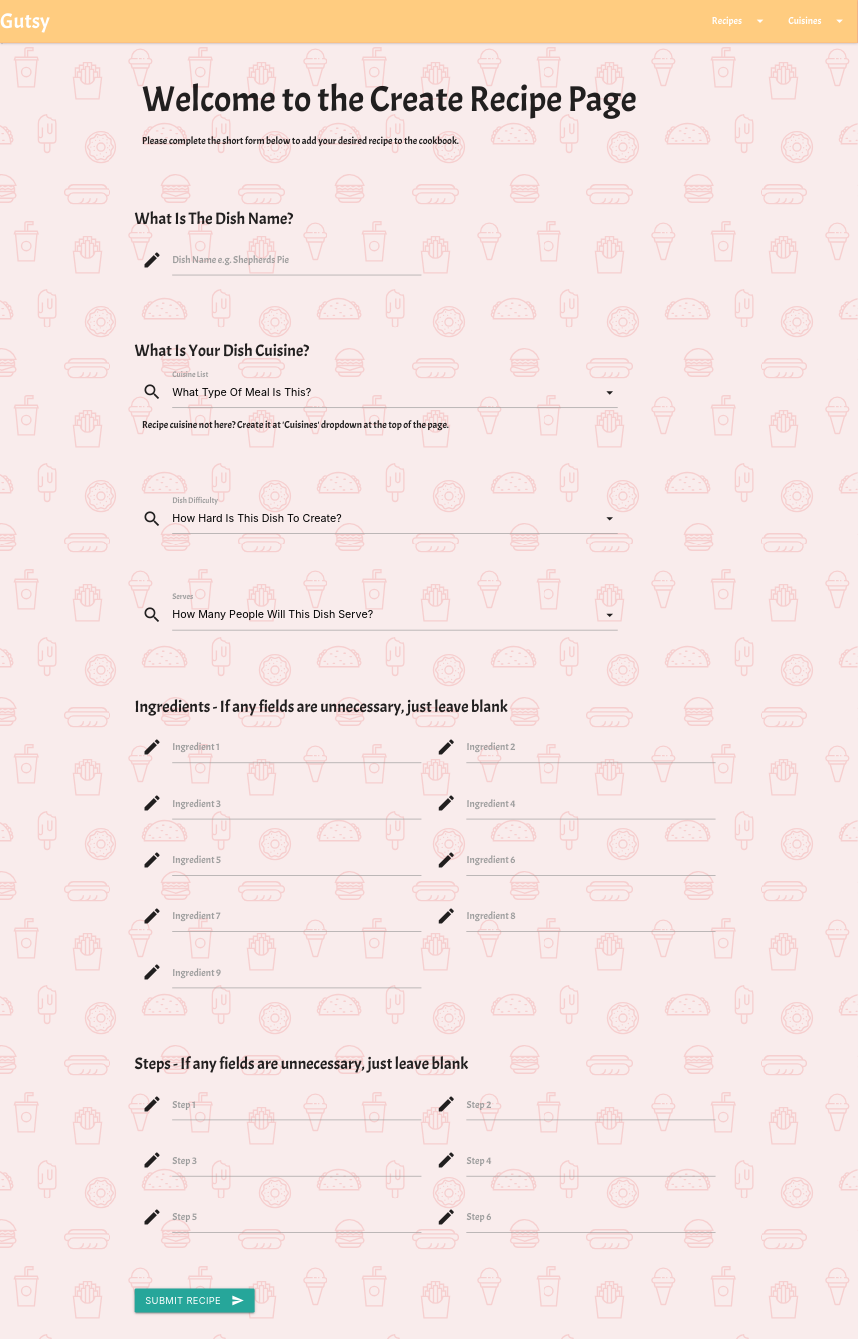
Repository: connor-blackburn/gutsy
Page: http://localhost/create_recipe
The author's editor kept a record of every edit. The page is drawn from the files as they stood at one moment, then again after the next edit.
The browser window is 1280 px wide. The pictures show the whole page, at 67% of full size.
The page is served by the project's application, run on Flask 3 (app.py). Queries for data that is not in the repository find no rows.

Above is the page before.

### templates/create_recipe.html
{% extends 'base.html' %} {% block content %}

<div class="row description container">
    <h2>Welcome to the Create Recipe Page</h2>
    <p>Please complete the short form below to add your desired recipe to the cookbook.</p>
</div>

<form action="{{ url_for('insert_recipe') }}" method="POST" class="col s12 container">

    <!-- A single input field creating the new recipe dish name -->
    <div class="row">
        <h5>What Is The Dish Name?</h5>
        <div class="input-field col s6">
            <i class="material-icons prefix">create</i>
            <input id="icon_prefix" type="text" id="recipes" name="dish_name" class="validate">
            <label for="icon_prefix" id="recipes" name="dish_name">Dish Name e.g. Shepherds Pie</label>
        </div>
    </div>
    <!-- A Dropdown Menu For User To Select Recipe Cuisine -->
    <div class="row">
        <h5>What Is Your Dish Cuisine?</h5>
        <div class="input-field col s10">
            <i class="material-icons prefix">search</i>
            <select id="recipes" name="cuisine_name">
                <option value="" disabled selected>What Type Of Meal Is This?</option>
                {% for cuisine in cuisines %}
                    <option value="{{cuisine.cuisine_name}}">{{cuisine.cuisine_name}}</option>
                {% endfor %}
            </select>
            <label>Cuisine List</label>
            <p>Recipe cuisine not here? Create it at 'Cuisines' dropdown at the top of the page.</p>
        </div>
    </div>
    <!-- A Dropdown Menu For A User To Select Recipe Difficulty -->
    <div class="row">
        <div class="input-field col s10">
            <i class="material-icons prefix">search</i>
            <select id="recipes" name="dish_difficulty">
                <option value="" disabled selected>How Hard Is This Dish To Create?</option>
                {% for difficulties in difficulties%}
                    <option value="{{difficulties.dish_difficulty}}">{{difficulties.dish_difficulty}}</option>
                {% endfor %}
            </select>
            <label>Dish Difficulty</label>
        </div>
    </div>
    <!-- A Dropdown Menu For A User To Select How Many People The Recipe Will Serve -->
    <div class="row">
        <div class="input-field col s10">
            <i class="material-icons prefix">search</i>
            <select id="recipes" name="serves">
                <option value="" disabled selected>How Many People Will This Dish Serve?</option>
                {% for serves in serves %}
                    <option value="{{serves.serves}}">{{serves.serves}}</option>
                {% endfor %}
            </select>
            <label>Serves</label>
        </div>
    </div>
    <!-- A Series Of Input Fields For A User To Input All Required Ingredients -->
    <div class="row">
        <h5>Ingredients - If any fields are unnecessary, just leave blank</h5>
        <div class="input-field col s6">
            <i class="material-icons prefix">create</i>
            <input id="icon_prefix" id="recipes" name="ingredient_1" type="text" class="validate">
            <label for="icon_prefix">Ingredient 1</label>
        </div>
        <div class="input-field col s6">
            <i class="material-icons prefix">create</i>
            <input id="icon_prefix" id="recipes" name="ingredient_2" type="text" class="validate">
            <label for="icon_prefix">Ingredient 2</label>
        </div>

        <div class="input-field col s6">
            <i class="material-icons prefix">create</i>
            <input id="icon_prefix" id="recipes" name="ingredient_3" type="text" class="validate">
            <label for="icon_prefix">Ingredient 3</label>
        </div>

        <div class="input-field col s6">
            <i class="material-icons prefix">create</i>
            <input id="icon_prefix" id="recipes" name="ingredient_4" type="text" class="validate">
            <label for="icon_prefix">Ingredient 4</label>
        </div>

        <div class="input-field col s6">
            <i class="material-icons prefix">create</i>
            <input id="icon_prefix" id="recipes" name="ingredient_5" type="text" class="validate">
            <label for="icon_prefix">Ingredient 5</label>
        </div>

        <div class="input-field col s6">
            <i class="material-icons prefix">create</i>
            <input id="icon_prefix" id="recipes" name="ingredient_6" type="text" class="validate">
            <label for="icon_prefix">Ingredient 6</label>
        </div>

        <div class="input-field col s6">
            <i class="material-icons prefix">create</i>
            <input id="icon_prefix" id="recipes" name="ingredient_7" type="text" class="validate">
            <label for="icon_prefix">Ingredient 7</label>
        </div>

        <div class="input-field col s6">
            <i class="material-icons prefix">create</i>
            <input id="icon_prefix" id="recipes" name="ingredient_8" type="text" class="validate">
            <label for="icon_prefix">Ingredient 8</label>
        </div>

        <div class="input-field col s6">
            <i class="material-icons prefix">create</i>
            <input id="icon_prefix" id="recipes" name="ingredient_9" type="text" class="validate">
            <label for="icon_prefix">Ingredient 9</label>
        </div>
    </div>
    <!-- A Series Of Input Fields For A User To Input All Required Steps To Create Recipe -->
    <div class="row">
        <h5>Steps - If any fields are unnecessary, just leave blank </h5>
        <div class="input-field col s6">
            <i class="material-icons prefix">create</i>
            <input id="icon_prefix" id="recipes" name="step_1" type="text" class="validate">
            <label for="icon_prefix">Step 1</label>
        </div>
        <div class="input-field col s6">
            <i class="material-icons prefix">create</i>
            <input id="icon_prefix" id="recipes" name="step_2" type="text" class="validate">
            <label for="icon_prefix">Step 2</label>
        </div>
        <div class="input-field col s6">
            <i class="material-icons prefix">create</i>
            <input id="icon_prefix" id="recipes" name="step_3" type="text" class="validate">
            <label for="icon_prefix">Step 3</label>
        </div>
        <div class="input-field col s6">
            <i class="material-icons prefix">create</i>
            <input id="icon_prefix" id="recipes" name="step_4" type="text" class="validate">
            <label for="icon_prefix">Step 4</label>
        </div>
        <div class="input-field col s6">
            <i class="material-icons prefix">create</i>
            <input id="icon_prefix" id="recipes" name="step_5" type="text" class="validate">
            <label for="icon_prefix">Step 5</label>
        </div>
        <div class="input-field col s6">
            <i class="material-icons prefix">create</i>
            <input id="icon_prefix" id="recipes" name="step_6" type="text" class="validate">
            <label for="icon_prefix">Step 6</label>
        </div>
    </div>
    <!-- Submit Button -->
    <div class="row">
        <button class="btn waves-effect waves-light" type="submit" name="action">Submit Recipe
            <i class="material-icons right">send</i>
        </button>
    </div>
</form>
{% endblock %}

### templates/base.html
<!DOCTYPE html>
<html>

<head>
    <meta charset="UTF-8">
    <meta name="viewport" content="width=device-width, initial-scale=1.0">
    <meta http-equiv="X-UA-Compatible" content="ie=edge">
    <link href="https://fonts.googleapis.com/icon?family=Material+Icons" rel="stylesheet">
    <link rel="stylesheet" href="https://cdnjs.cloudflare.com/ajax/libs/materialize/1.0.0/css/materialize.min.css">
    <link href="https://fonts.googleapis.com/css?family=Acme&display=swap" rel="stylesheet">
    <link rel="stylesheet" href="{{ url_for('static', filename='css/style.css') }}" type="text/css" />
</head>

<body>
    <header>
        <ul id="dropdown1" class="dropdown-content">
            <li><a href="{{url_for('get_recipes_step_one')}}">Edit Recipes</a></li>
            <li class="divider"></li>
            <li><a href="#!">Create Recipes</a></li>
        </ul>
        <ul id="dropdown2" class="dropdown-content">
            <li><a href="{{url_for('edit_cuisine_homepage')}}">Edit Cuisines</a></li>
            <li class="divider"></li>
            <li><a href="{{url_for('create_cuisine')}}">Create Cuisines</a></li>
        </ul>
        <ul id="dropdown3" class="dropdown-content">
            <li><a href="{{url_for('get_recipes_step_one')}}">Edit Recipes</a></li>
            <li class="divider"></li>
            <li><a href="#!">Create Recipes</a></li>
        </ul>
        <ul id="dropdown4" class="dropdown-content">
            <li><a href="{{url_for('edit_cuisine_homepage')}}">Edit Cuisines</a></li>
            <li class="divider"></li>
            <li><a href="{{url_for('create_cuisine')}}">Create Cuisines</a></li>
        </ul>
        <nav>
            <div class="nav-wrapper orange lighten-3">
                <a href="{{ url_for('home') }}" class="brand-logo">Gutsy</a>
                <a href="#" data-target="mobile-demo" class="sidenav-trigger"><i class="material-icons">menu</i></a>
                <ul class="right hide-on-med-and-down">
                    <li><a class="dropdown-trigger" href="#!" data-target="dropdown1">Recipes<i class="material-icons right">arrow_drop_down</i></a></li>
                    <li><a class="dropdown-trigger" href="#!" data-target="dropdown2">Cuisines<i class="material-icons right">arrow_drop_down</i></a></li>
                </ul>
            </div>
        </nav>

        <ul class="sidenav" id="mobile-demo">
            <li><a class="dropdown-trigger" href="#!" data-target="dropdown3">Recipes<i class="material-icons right">arrow_drop_down</i></a></li>
            <li><a class="dropdown-trigger" href="#!" data-target="dropdown4">Cuisines<i class="material-icons right">arrow_drop_down</i></a></li>
        </ul>
    </header>
    {% block content %} {% endblock %}

    <script type="text/javascript" src="https://cdnjs.cloudflare.com/ajax/libs/jquery/3.4.1/jquery.min.js"></script>
    <script src="https://cdnjs.cloudflare.com/ajax/libs/materialize/1.0.0/js/materialize.min.js"></script>
    <script type="text/javascript">
        $(document).ready(function() {
            $('.dropdown-trigger').dropdown();
            $('.collapsible').collapsible();
            $('.sidenav').sidenav();
            $('select').formSelect();
           // $('body').css('display', 'none');
            //$('body').fadeIn(1800);
        });
    </script>


</body>

</html>

### app.py
import os
from flask import Flask, render_template, redirect, request, url_for
from flask_pymongo import PyMongo
from bson.objectid import ObjectId

app = Flask(__name__)

app.config["MONGO_DBNAME"] = 'cookbook'
app.config["MONGO_URI"] = os.environ.get('MONGO_URI')

mongo = PyMongo(app)

# Home Page - Index
@app.route('/')
@app.route('/home')
def home():
    return render_template('index.html',
    cuisines=mongo.db.cuisines.find())

# Create Cuisine Page - Short Form
@app.route('/create_cuisine')
def create_cuisine():
    return render_template('create_cuisine.html',
    cuisines=mongo.db.cuisines.find())

# Inserts New Cuisine To Site & Redirects Back To Cuisine Homepage
@app.route('/insert_cuisine', methods=['POST'])
def insert_cuisine():
    cuisines = mongo.db.cuisines
    cuisines.insert_one(request.form.to_dict())
    return redirect(url_for('edit_cuisine_homepage'))

# Edit Cuisine Homepage - Shows Collection For User Choice
@app.route('/edit_cuisine_homepage')
def edit_cuisine_homepage():
    return render_template('edit_cuisine_homepage.html',
    cuisines=mongo.db.cuisines.find())

# Edit Cuisine Page, Cuisine Title Altered Here
@app.route('/edit_cuisine/<cuisine_id>')
def edit_cuisine(cuisine_id):
    return render_template('edit_cuisine.html',
    cuisines=mongo.db.cuisines.find_one({'_id': ObjectId(cuisine_id)}))

# Confirms Cuisine Change & Redirects Back To Cuisine Homepage
@app.route('/update_cuisine/<cuisine_id>', methods=['POST'])
def update_cuisine(cuisine_id):
    mongo.db.cuisines.update(
        {'_id': ObjectId(cuisine_id)},
        {'cuisine_name': request.form.get('cuisine_name')})
    return redirect(url_for('edit_cuisine_homepage'))

# Confirms Cuisine Deletion & Redirects Back To Cuisine Homepage
@app.route('/delete_cuisine/<cuisine_id>')
def delete_cuisine(cuisine_id):
    mongo.db.cuisines.remove({'_id': ObjectId(cuisine_id)}),
    return redirect(url_for('edit_cuisine_homepage'))

# Displays Correct Recipe In Relation To Cuisine Chosen
@app.route('/recipe_display/<cuisine_id>')
def recipe_display(cuisine_id):
    return render_template('recipe_display.html',
    recipes=mongo.db.recipes.find(),
    difficulties=mongo.db.difficulties.find(),
    serves=mongo.db.serves.find(),
    cuisines=mongo.db.cuisines.find_one({'_id': ObjectId(cuisine_id)}))

# Displays Cuisines So Users Can Narrow Recipe Search Efficiently
@app.route('/get_recipes_step_one')
def get_recipes_step_one():
    return render_template('get_recipes_step_one.html',
    cuisines=mongo.db.cuisines.find())

# Displays Recipes With Edit & Delete Buttons For User
@app.route('/get_recipes_step_two/<cuisine_id>')
def get_recipes_step_two(cuisine_id):
    return render_template('get_recipes_step_two.html',
    recipes=mongo.db.recipes.find(),
    cuisines=mongo.db.cuisines.find_one({'_id': ObjectId(cuisine_id)}))

# Confirms Cuisine Deletion & Redirects Back To Recipe Step One
@app.route('/delete_recipe/<recipe_id>')
def delete_recipe(recipe_id):
    mongo.db.recipes.remove({'_id': ObjectId(recipe_id)}),
    return redirect(url_for('get_recipes_step_one'))

#SPACE FOR RECIPE EDIT

# Allows User To Fill Form Creating New Recipe
@app.route('/create_recipe')
def create_recipe():
    return render_template('create_recipe.html',
    recipes=mongo.db.recipes.find(),
    cuisines=mongo.db.cuisines.find(),
    difficulties=mongo.db.difficulties.find(),
    serves=mongo.db.serves.find())

# This Allows The Form To Update Theh Database
@app.route('/insert_recipe', methods=['POST'])
def insert_recipe():
    recipes = mongo.db.recipes
    recipes.insert_one(request.form.to_dict())
    return redirect(url_for('create_recipe'))

# This Offers A User A Form With Dynamically Loaded Content To Edit
@app.route('/edit_recipe/<recipe_id>')
def edit_recipe(recipe_id):
    recipes = mongo.db.recipes.find_one({"_id": ObjectId(recipe_id)})
    cuisine = mongo.db.cuisines.find()
    difficulties = mongo.db.difficulties.find()
    serves = mongo.db.serves.find()
    return render_template('edit_recipe.html', recipe=recipes,
    cuisines=cuisine, difficulties=difficulties, serves=serves)

# Confirms Recipe Change & Redirects Back To Get Recipe Step Two
@app.route('/update_recipe/<recipe_id>', methods=['POST'])
def update_recipe(recipe_id):
    recipes = mongo.db.recipes
    print(request.form.get('dish_difficulty'))
    recipes.update({'_id': ObjectId(recipe_id)},
        {
            'cuisine_name':request.form.get('cuisine_name'),
            'dish_name':request.form.get('dish_name'),
            'dish_difficulty':request.form.get('dish_difficulty'),
            'serves':request.form.get('serves'),
            'ingredient_1':request.form.get('ingredient_1'),
            'ingredient_2':request.form.get('ingredient_2'),
            'ingredient_3':request.form.get('ingredient_3'),
            'ingredient_4':request.form.get('ingredient_4'),
            'ingredient_5':request.form.get('ingredient_5'),
            'ingredient_6':request.form.get('ingredient_6'),
            'ingredient_7':request.form.get('ingredient_7'),
            'ingredient_8':request.form.get('ingredient_8'),
            'ingredient_9':request.form.get('ingredient_9'),
            'step_1':request.form.get('step_1'),
            'step_2':request.form.get('step_2'),
            'step_3':request.form.get('step_3'),
            'step_4':request.form.get('step_4'),
            'step_5':request.form.get('step_5')

        })
    return redirect(url_for('home'))

if __name__ == '__main__':
    app.run(host=os.environ.get('IP'),
        port=int(os.environ.get('PORT')),
        debug=True)

### static/css/style.css
body {
    margin: 0;
    padding: 0;
    font-family: 'Acme', sans-serif;
    background-color: #f9ecec;
    background-image: url("data:[embedded picture, 9922 characters]");

}

.heading {
    height: 80vh;
}


.container .heading h1 {
    text-align: center;
    font-size: 9em;
}

.container .heading h5 {
    font-size: 2em;
    text-align: center;
}

.cuisine_selection {
    text-align: center;
}

.cuisine_selection h1{
    font-size: 5em;
}
.hero_image {
    margin: 0;
    z-index: -1;
    text-align: center;
}

.row {
    padding: 20px;
}

After the next edit:
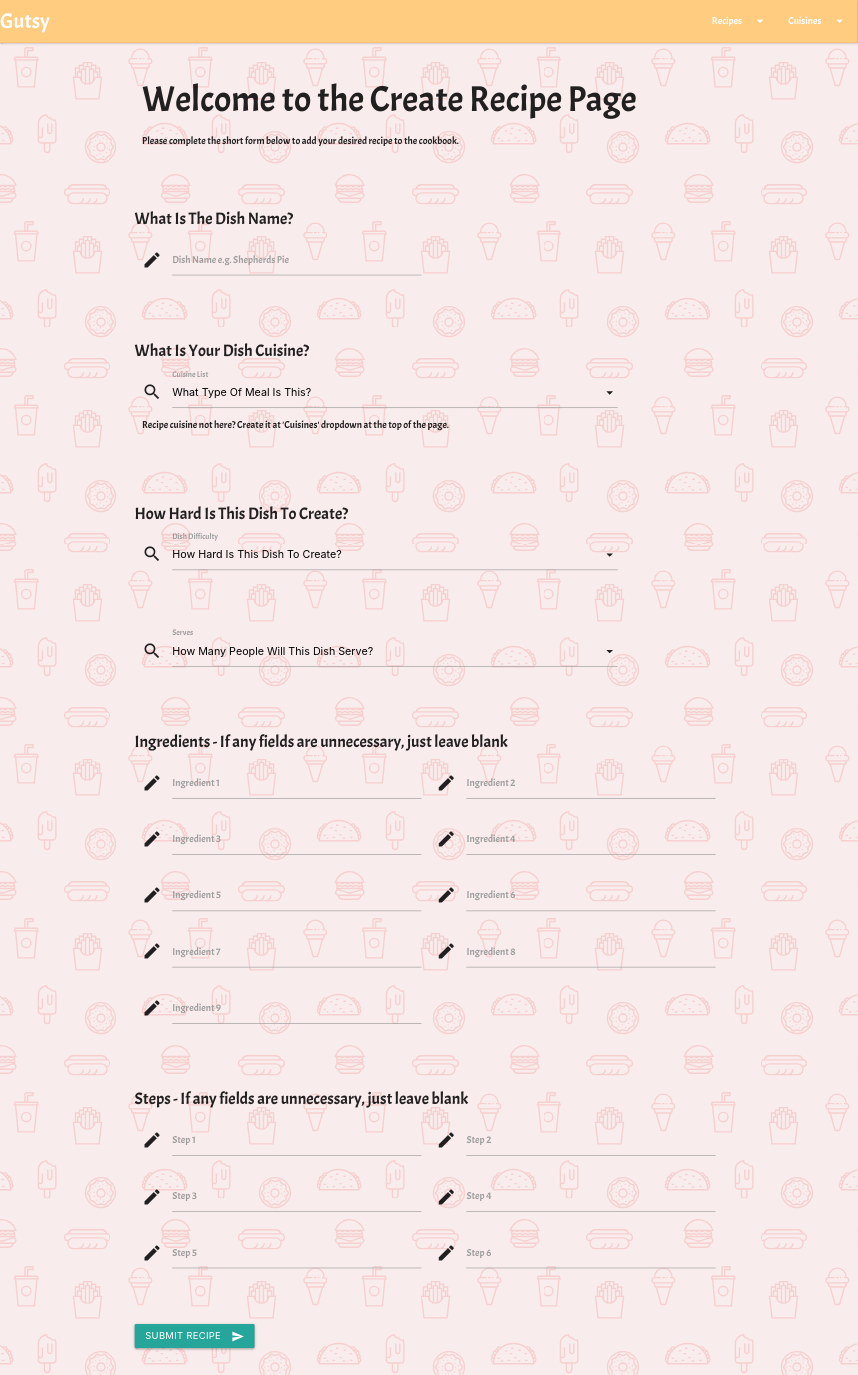
The edit:
--- a/templates/create_recipe.html
+++ b/templates/create_recipe.html
@@ -33,6 +33,7 @@
     </div>
     <!-- A Dropdown Menu For A User To Select Recipe Difficulty -->
     <div class="row">
+        <h5>How Hard Is This Dish To Create?</h5>
         <div class="input-field col s10">
             <i class="material-icons prefix">search</i>
             <select id="recipes" name="dish_difficulty">
